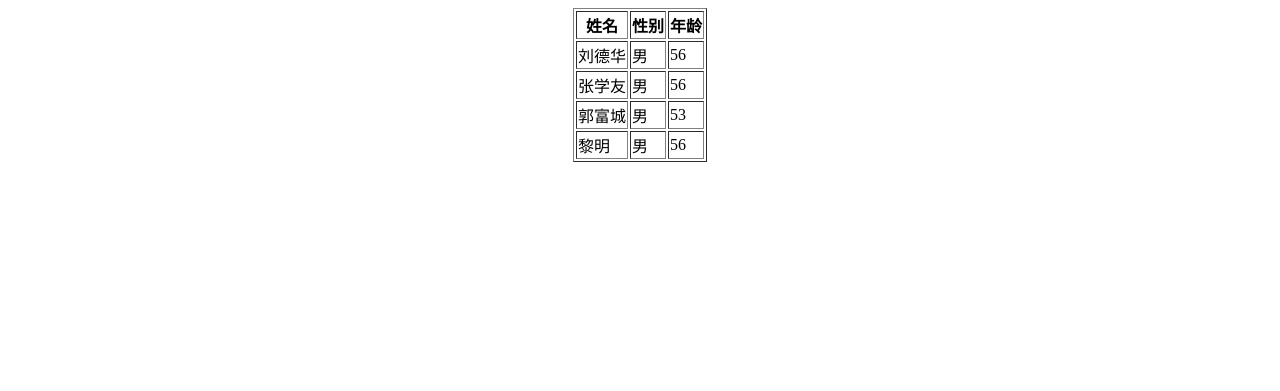
Repository: 129021/Front-end-learning
Page: 第2天/03-表头单元格标签.html
These files come from the project's save history. The page is drawn as it stood at one moment and after a run of saves; the edit follows.
The browser window is 1280 px wide. The pictures show the whole page.

Above is the page before, as saved 2021-10-15 19:22:28.

### 第2天/03-表头单元格标签.html
<!DOCTYPE html>
<html lang="en">

<head>
    <meta charset="UTF-8">
    <meta http-equiv="X-UA-Compatible" content="IE=edge">
    <meta name="viewport" content="width=device-width, initial-scale=1.0">
    <title>Document</title>
</head>

<body>
    <!-- 这些属性要写到表格标签table里面去 -->
    <table align="center" border="1">
        <tr>
            <th>姓名</th>
            <th>性别</th>
            <th>年龄</th>
        </tr>
        <tr>
            <td>刘德华</td>
            <td>男</td>
            <td>56</td>
        </tr>
        <tr>
            <td>张学友</td>
            <td>男</td>
            <td>56</td>
        </tr>
        <tr>
            <td>郭富城</td>
            <td>男</td>
            <td>53</td>
        </tr>
        <tr>
            <td>黎明</td>
            <td>男</td>
            <td>56</td>
        </tr>
    </table>
</body>

</html>

After the next 2 saves:
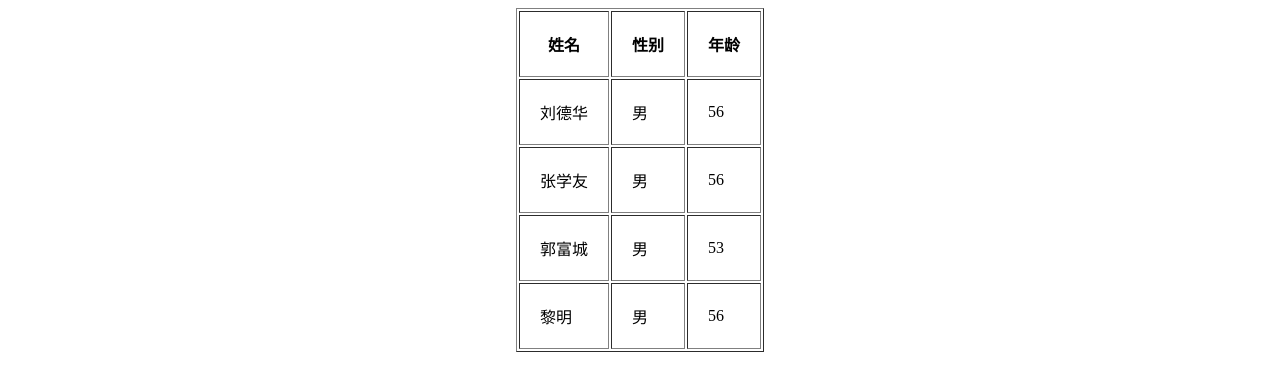
The 2 saves are shown as one change because they came seconds apart.
The last was saved 82 s later.
--- a/第2天/03-表头单元格标签.html
+++ b/第2天/03-表头单元格标签.html
@@ -10,7 +10,7 @@
 
 <body>
     <!-- 这些属性要写到表格标签table里面去 -->
-    <table align="center" border="1">
+    <table align="center" border="1" cellpadding="20">
         <tr>
             <th>姓名</th>
             <th>性别</th>
